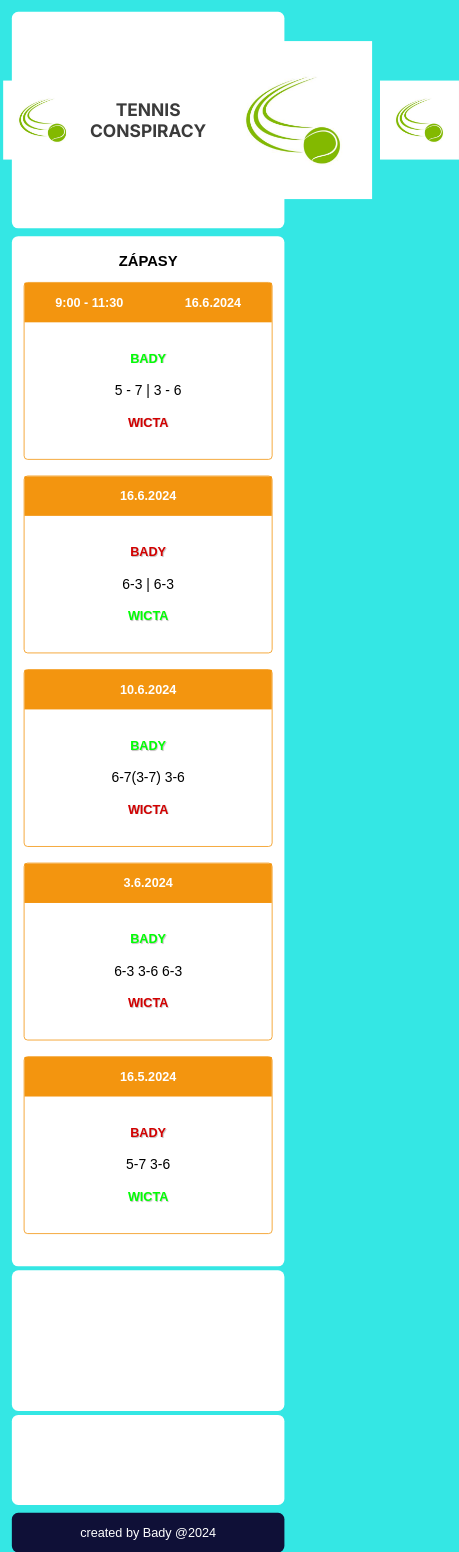
Repository: Badynko/tennis-website
Page: index.html
These files come from the project's save history. The page is drawn as it stood at one moment and after the next save; the edit follows.
The browser window is 375 px wide. The page is 581 px wide, then 375 px, so the pictures cover 581 px, including what lies to the right of the window. The pictures show the whole page, at 79% of full size.

Above is the page before, as saved 2024-08-02 15:21:09.

After the next save:
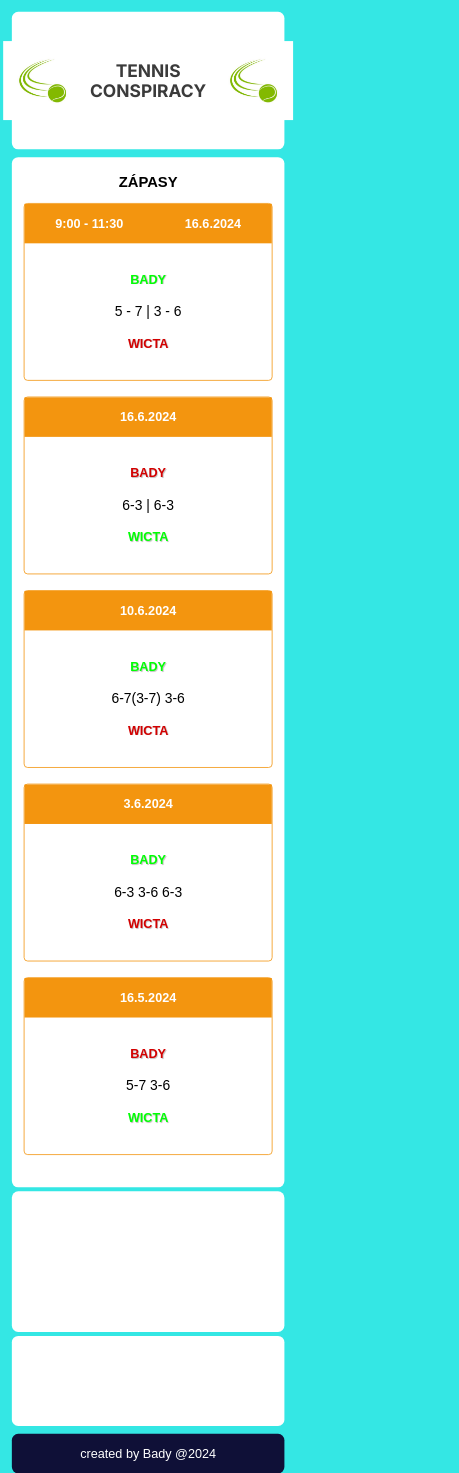
Saved 77 s later.
--- a/css/style.css
+++ b/css/style.css
@@ -140,4 +140,12 @@
   h1 {
     font-size: 22px;
   }
+
+  .logo-big {
+    display: none;
+  }
+
+  .logo-small {
+    display: block;
+  }
 }
